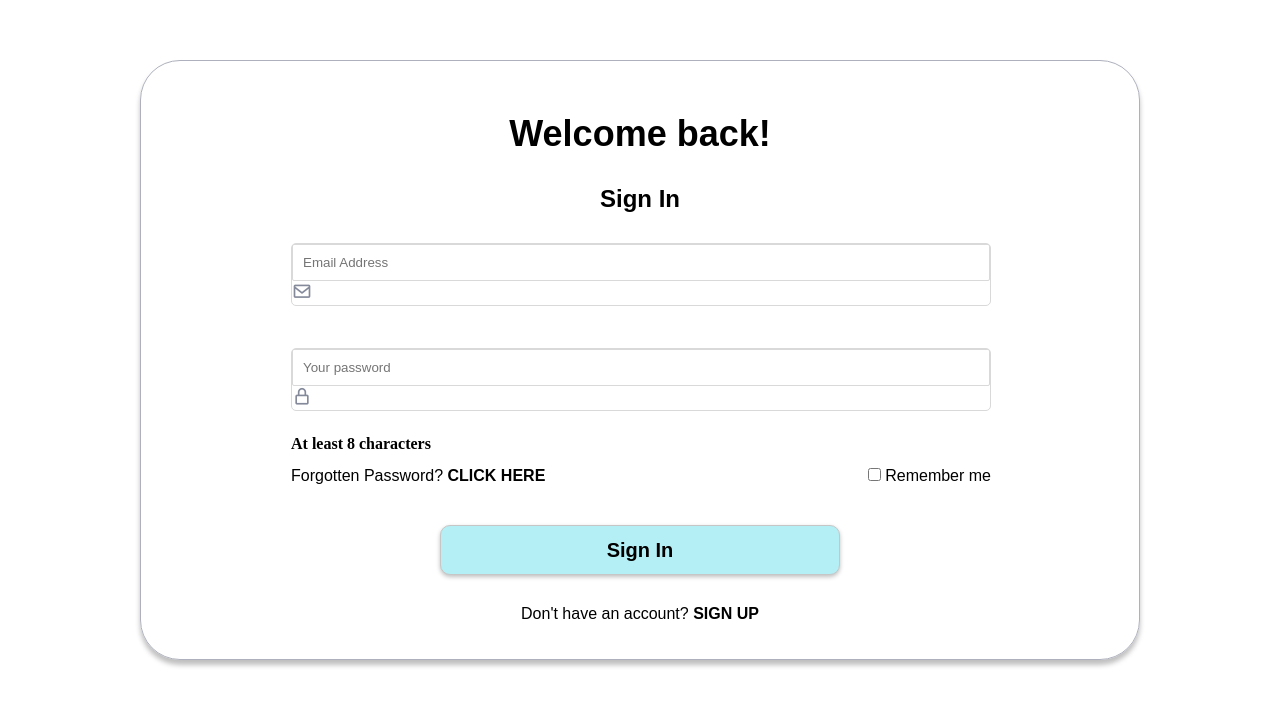
Repository: Rellzcodez/Group1-Team8
Page: pages/signin.html
The author's editor kept a copy of each file at every save. The page is drawn from the files as they stood at one save, then again after the next save.
The browser window is 1280 px wide. The pictures show the whole page.

Above is the page before, as saved 2022-09-11 20:01:48.

After the next save:
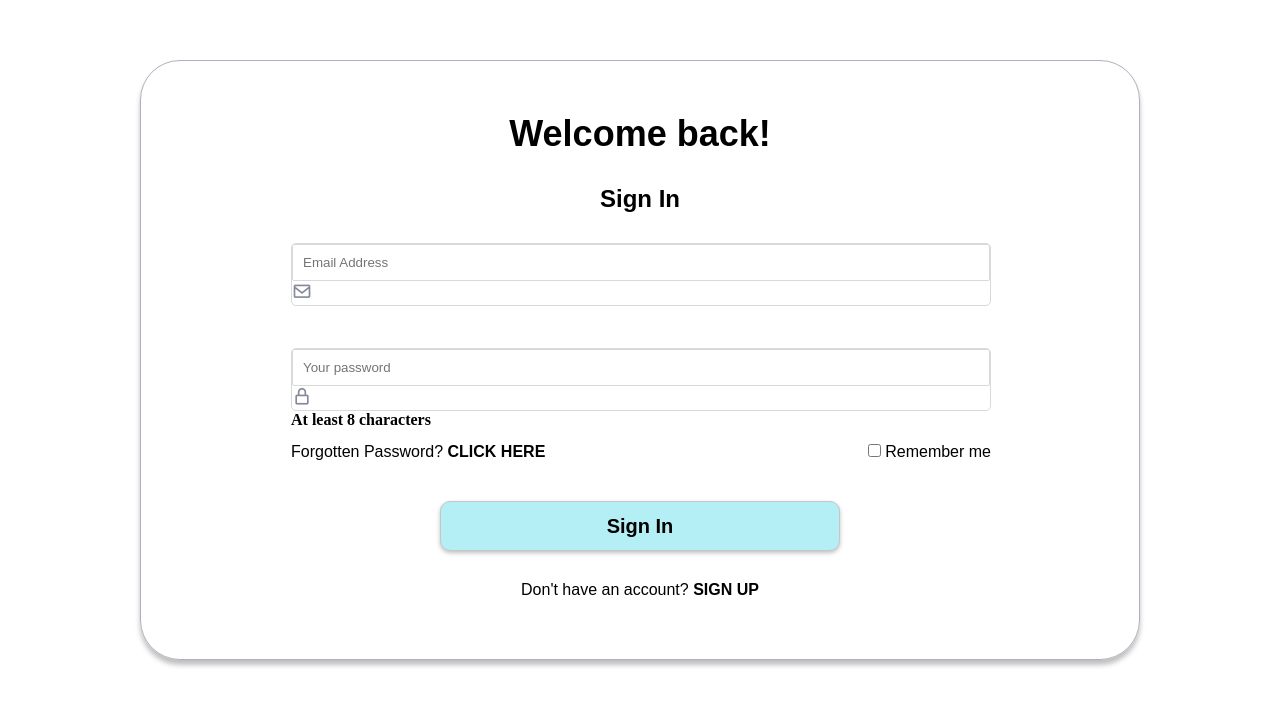
Saved 55 s later.
--- a/css/signin.css
+++ b/css/signin.css
@@ -70,7 +70,7 @@ h2{
     position: relative;
 }
 .password{
-    margin-bottom: 24px;
+    /* margin-bottom: 24px; */
     width: 100%;
     position: relative;
 }
